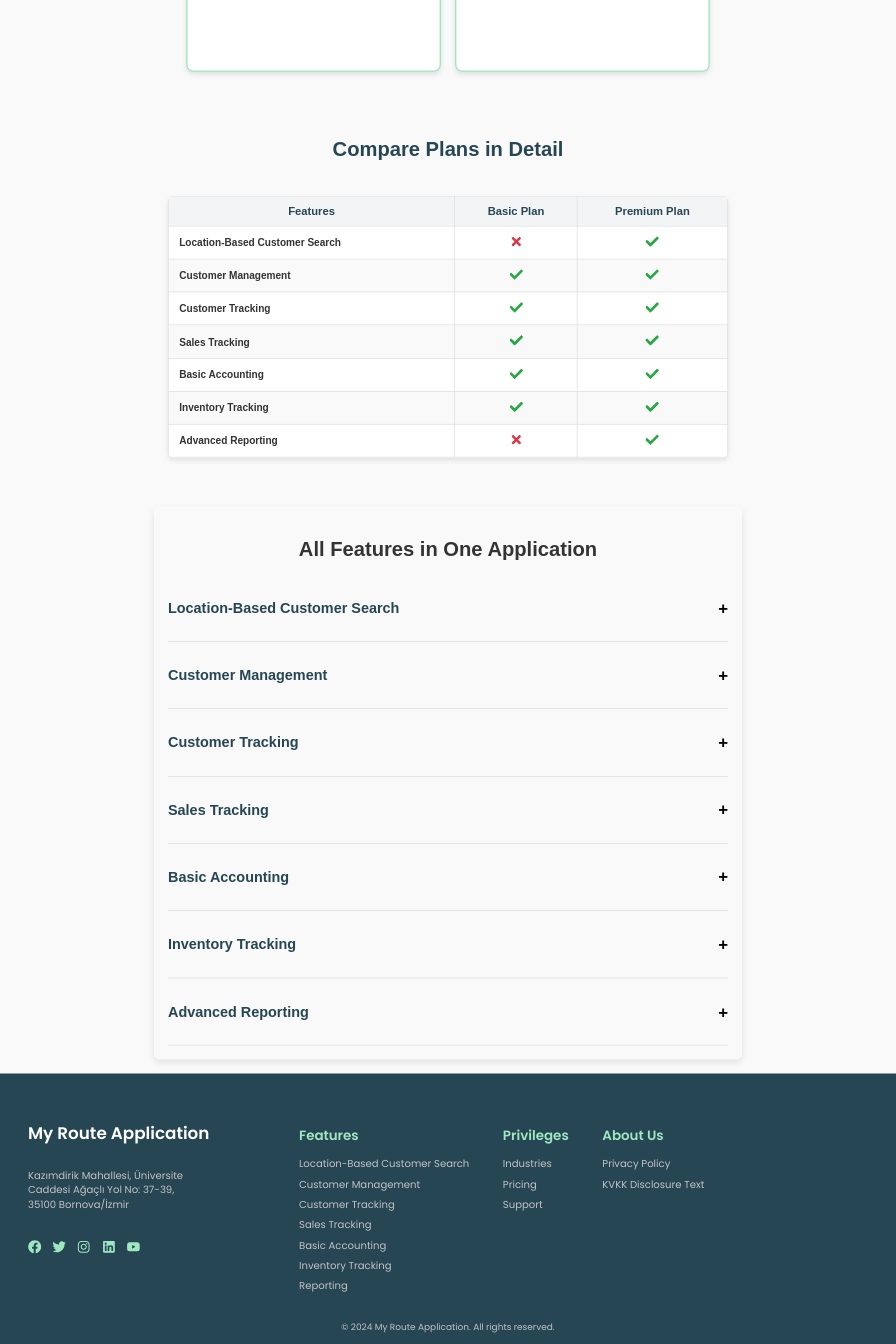
Repository: senolinanyasar/myrouteapplication
Page: /pricing
The author's editor kept a copy of each file at every save. The page is drawn from the files as they stood at one save, then again after the next save.
The browser window is 1280 px wide. The pictures show the part of the page from y = 1031 to 2951 px (the page is 2998 px tall before and 2968 px after), at 70% of full size.
The project was rebuilt for these pictures with package versions that can differ from the ones it lists, and the page was loaded fresh each time. Also part of the build but not shown: vite.config.js, src/components/HeroSection.css, src/components/HeroSection.js, src/components/FeaturesSection.css, src/components/FeaturesSection.js, src/components/PricingSection.css, src/components/PricingSection.js, src/components/SupportSection.css and 4 more.

Above is the page before, as saved 2024-11-17 19:44:44.

After the next save:
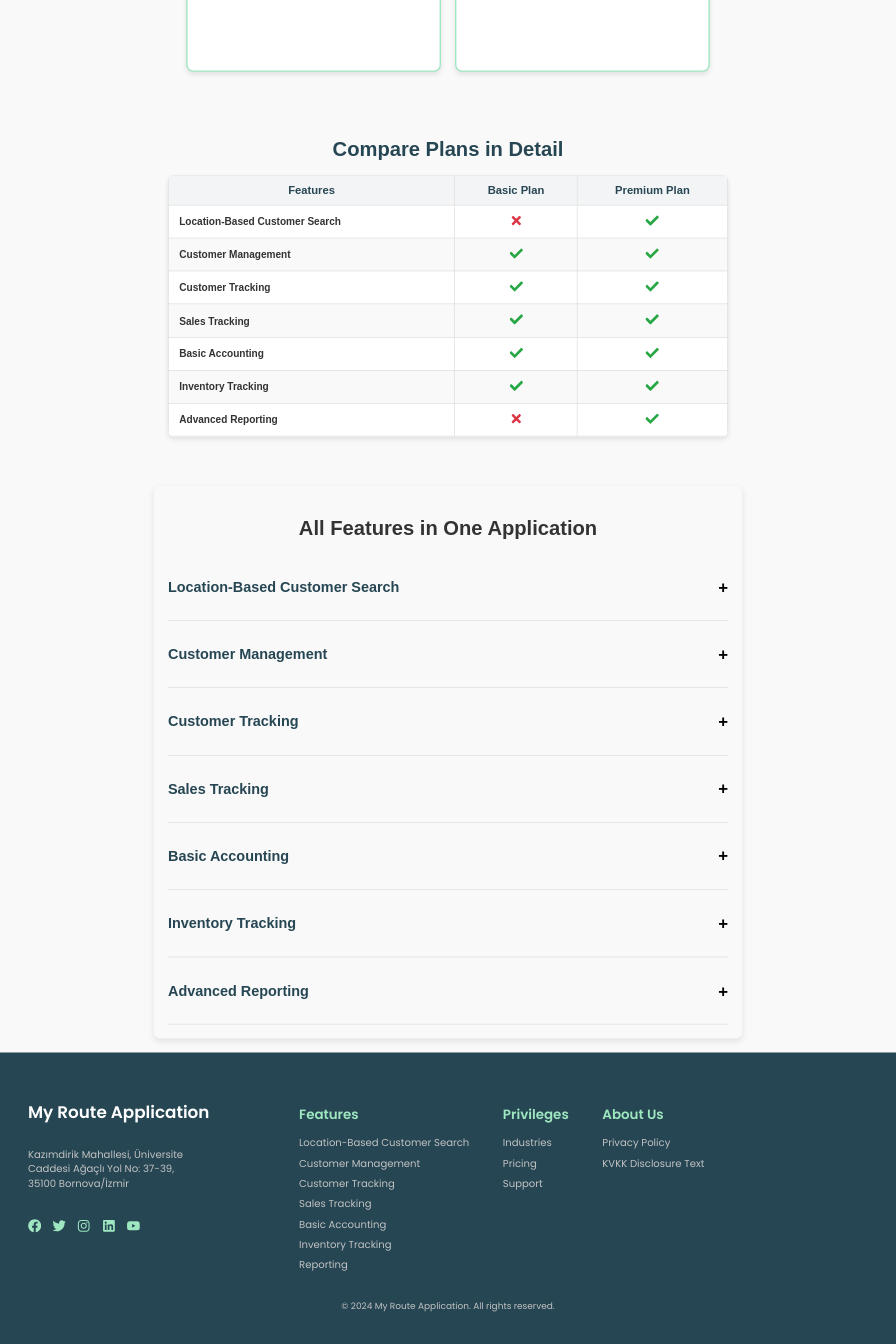
Saved 42 s later.
--- a/src/components/PricingPage.css
+++ b/src/components/PricingPage.css
@@ -133,7 +133,7 @@
     padding: 20px;
     background-color: #f9f9f9;
     text-align: center;
-
+    margin-bottom: 50px;
   }
 
   .comparison-table-container h2 {
@@ -151,7 +151,7 @@
     border-radius: 8px;
     overflow: hidden;
     box-shadow: 0 4px 8px rgba(0, 0, 0, 0.1);
-    margin-top: 50px;
+
   }
 
   .comparison-table th,
